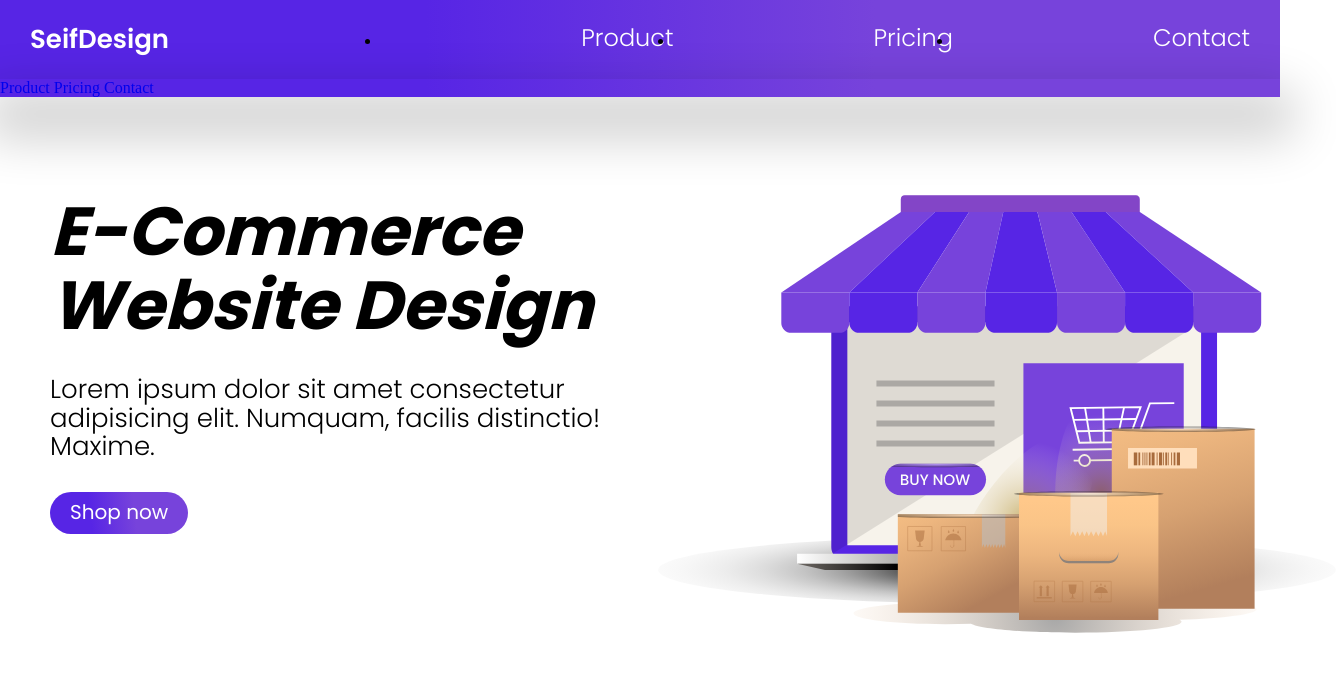
Repository: MehdiKerimov/figma-task-19
Page: pages/homePage/index.html
These files come from the project's save history. The page is drawn as it stood at one moment and after the next save; the edit follows.
The browser window is 1280 px wide. The page is 1336 px wide, so the pictures cover 1336 px, including what lies to the right of the window. The pictures show the whole page.
The style sheet was rebuilt from its Sass, Less or Tailwind sources for each picture, by a compiler version that may differ from the author's.

Above is the page before, as saved 2024-01-20 15:40:04.

After the next save:
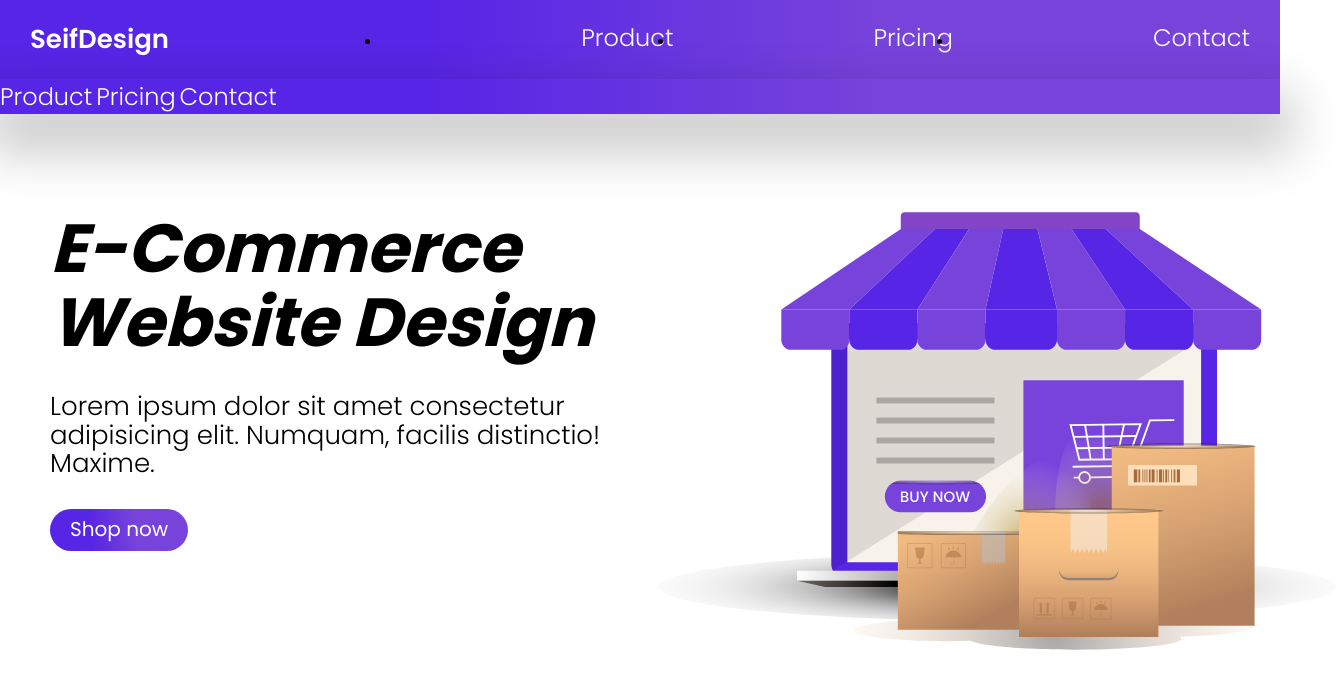
Saved 8 s later.
--- a/pages/homePage/index.scss
+++ b/pages/homePage/index.scss
@@ -44,7 +44,13 @@ display: block;
 box-shadow: 0px 26px 50px 14px rgba(0, 0, 0, 0.20);
 
 a{
-
+  color: #FFF;
+text-align: center;
+font-family: Poppins;
+font-size: 24px;
+font-style: normal;
+font-weight: 300;
+line-height: normal;
 }
   }
   main {
